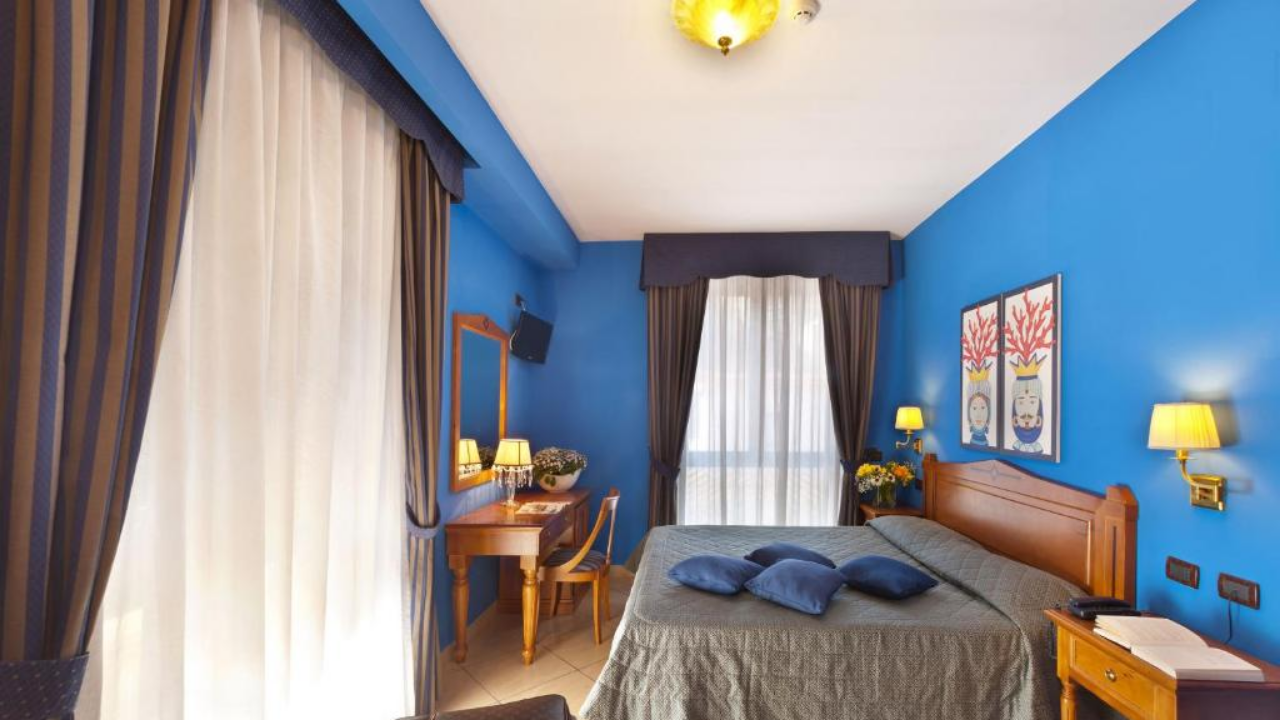
Repository: thatipallyvinod/AdvanceJava
Page: BoysHostel/src/main/webapp/First.html
These files come from the project's save history. The page is drawn as it stood at one moment and after the next save; the edit follows.
The browser window is 1280 px wide. The pictures show the whole page.

Above is the page before, as saved 2024-03-24 09:01:46.

### BoysHostel/src/main/webapp/First.html
<!DOCTYPE html>
<html lang="en">
<head>
    <meta charset="UTF-8">
    <meta name="viewport" content="width=device-width, initial-scale=1.0">
    <title>User Registration Form</title>
    <style>
        body {
            font-family: Arial, sans-serif;
            margin: 0;
            padding: 0;
            overflow: hidden;
        }

        .background {
            position: absolute;
            top: 0;
            left: 0;
            width: 100%;
            height: 100%;
            background-image: url('Hostel.jpg');
            background-size: cover;
            animation: animateBackground 1s linear infinite;
        }

        @keyframes animateBackground {
            0% {
                transform: translateX(0%);
            }
            100% {
                transform: translateX(-100%);
            }
        }

        .container {
            max-width: 400px;
            margin: 50px auto;
            padding: 20px;
            background-color: rgba(255, 255, 255, 0.8); /* Added transparency for better visibility */
            border-radius: 5px;
            box-shadow: 0 0 10px rgba(0,0,0,0.1);
        }
        .form-group {
            margin-bottom: 20px;
        }
        .form-group label {
            display: block;
            font-weight: bold;
            margin-bottom: 5px;
        }
        .form-group input[type="text"],
        .form-group input[type="email"],
        .form-group input[type="tel"],
        .form-group input[type="number"] {
            width: 100%;
            padding: 10px;
            border: 1px solid #ccc;
            border-radius: 3px;
        }
        .form-group input[type="submit"] {
            width: 100%;
            padding: 10px;
            border: none;
            border-radius: 3px;
            background-color: #007bff;
            color: #fff;
            cursor: pointer;
            transition: background-color 0.3s ease;
        }
        .form-group input[type="submit"]:hover {
            background-color: #0056b3;
        }
    </style>
</head>
<body>
<div class="background"></div> <!-- Background Div -->
<div class="container">
    <h2>User Registration Form</h2>
    <form action="./FirstServlet" method="post">
        <div class="form-group">
            <label for="email">Email:</label>
            <input type="email" id="email" name="email" required>
        </div>
        <div class="form-group">
            <label for="phone">Phone Number:</label>
            <input type="tel" id="phone" name="phone" pattern="[0-9]{10}" required>
            <small>Format: 10 digits (e.g., 1234567890)</small>
        </div>
        <div class="form-group">
            <label for="aadhar">Aadhar Number:</label>
            <input type="number" id="aadhar" name="aadhar" required>
        </div>

        <div class="form-group">
            <input type="submit" value="Register">
        </div>
    </form>
</div>

</body>
</html>

After the next save:
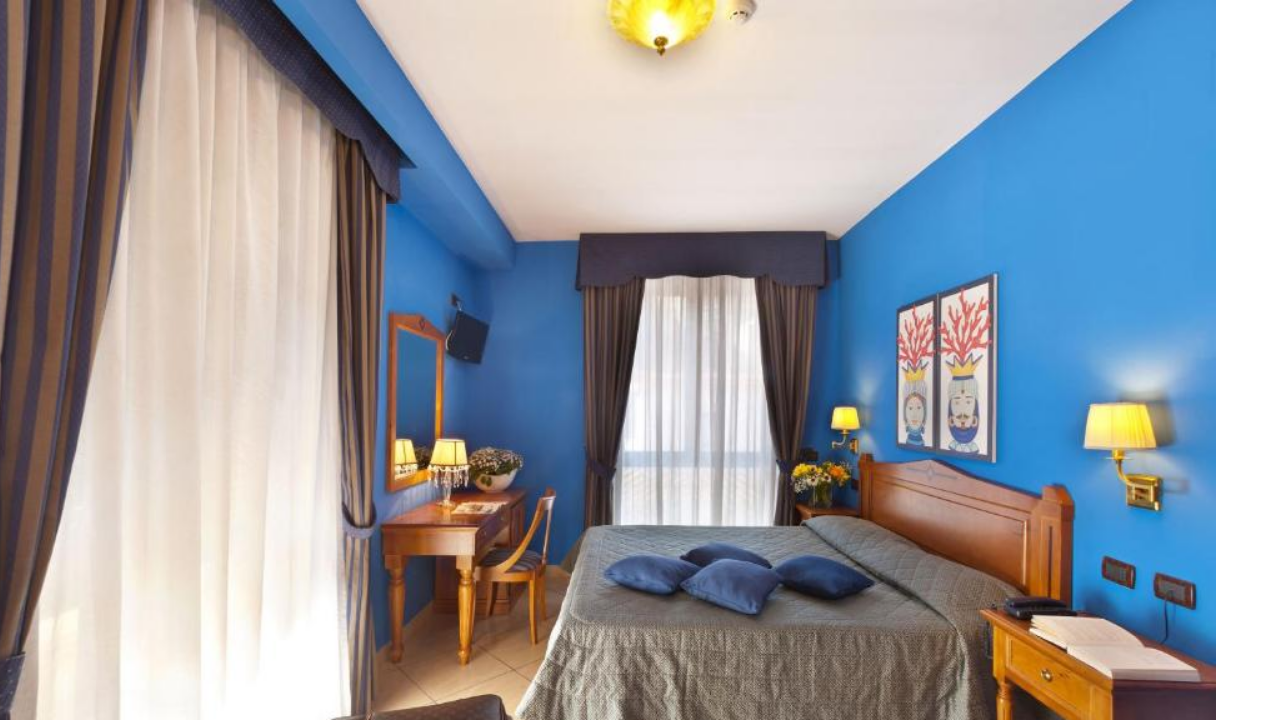
Saved 10 s later.
--- a/BoysHostel/src/main/webapp/First.html
+++ b/BoysHostel/src/main/webapp/First.html
@@ -20,7 +20,7 @@
             height: 100%;
             background-image: url('Hostel.jpg');
             background-size: cover;
-            animation: animateBackground 1s linear infinite;
+            animation: animateBackground 100s linear infinite;
         }
 
         @keyframes animateBackground {

After the save that followed:
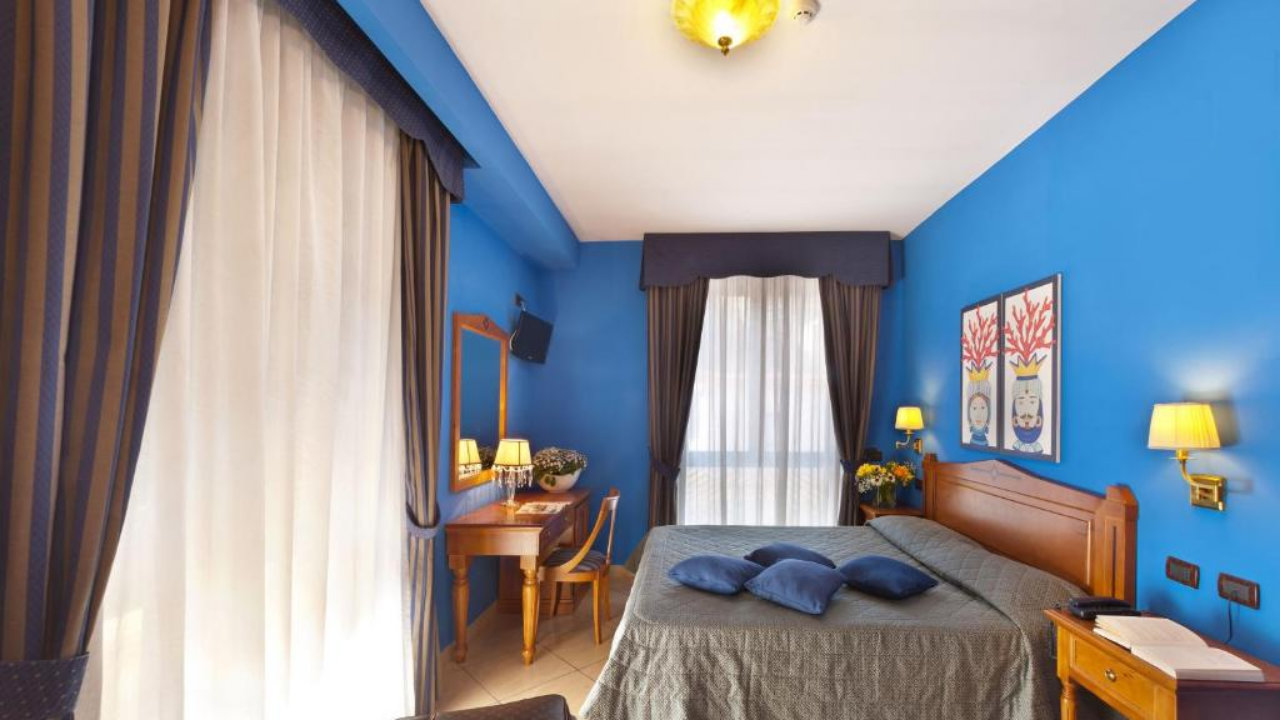
Saved 17 s later.
--- a/BoysHostel/src/main/webapp/First.html
+++ b/BoysHostel/src/main/webapp/First.html
@@ -20,7 +20,7 @@
             height: 100%;
             background-image: url('Hostel.jpg');
             background-size: cover;
-            animation: animateBackground 100s linear infinite;
+            animation: animateBackground  linear infinite;
         }
 
         @keyframes animateBackground {
